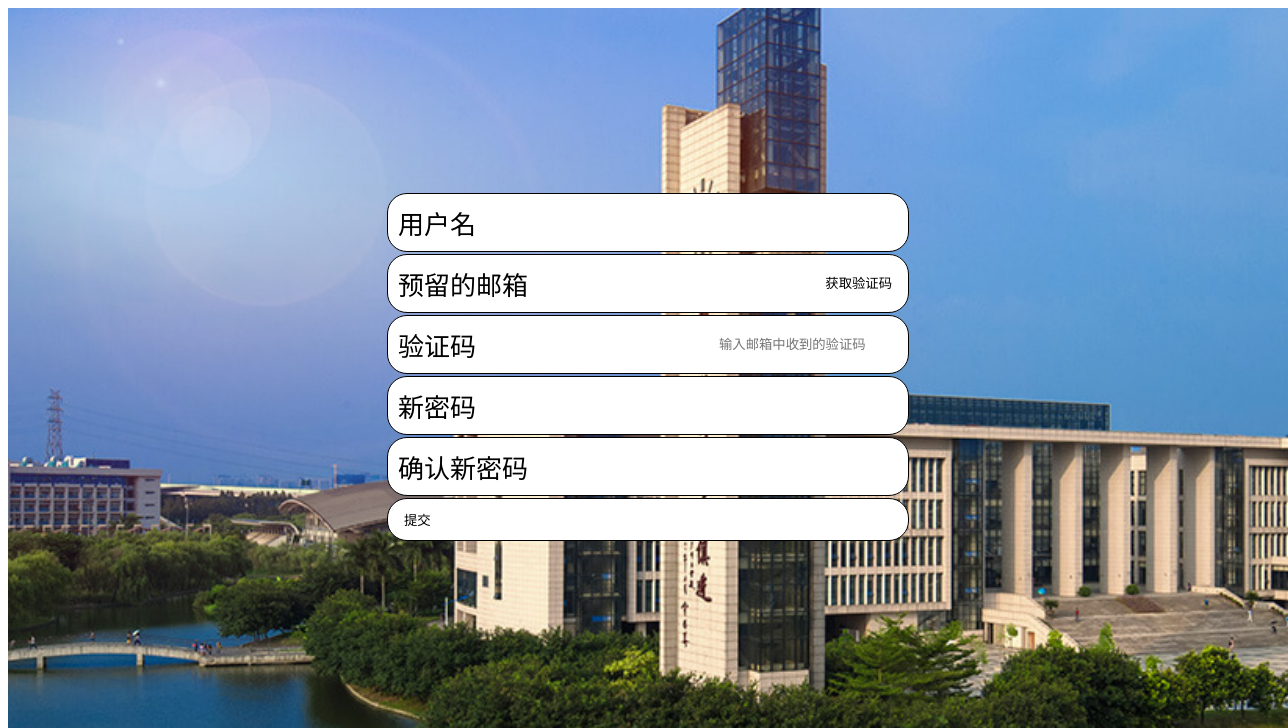
Repository: IAmJiangWenHao/ReportServer
Page: demo.html
The author's editor kept a copy of each file at every save. The page is drawn from the files as they stood at one save, then again after the next save.
The browser window is 1280 px wide. The page is 1288 px wide, so the pictures cover 1288 px, including what lies to the right of the window. The pictures show the whole page.

Above is the page before, as saved 2023-05-16 12:44:06.

After the next save:
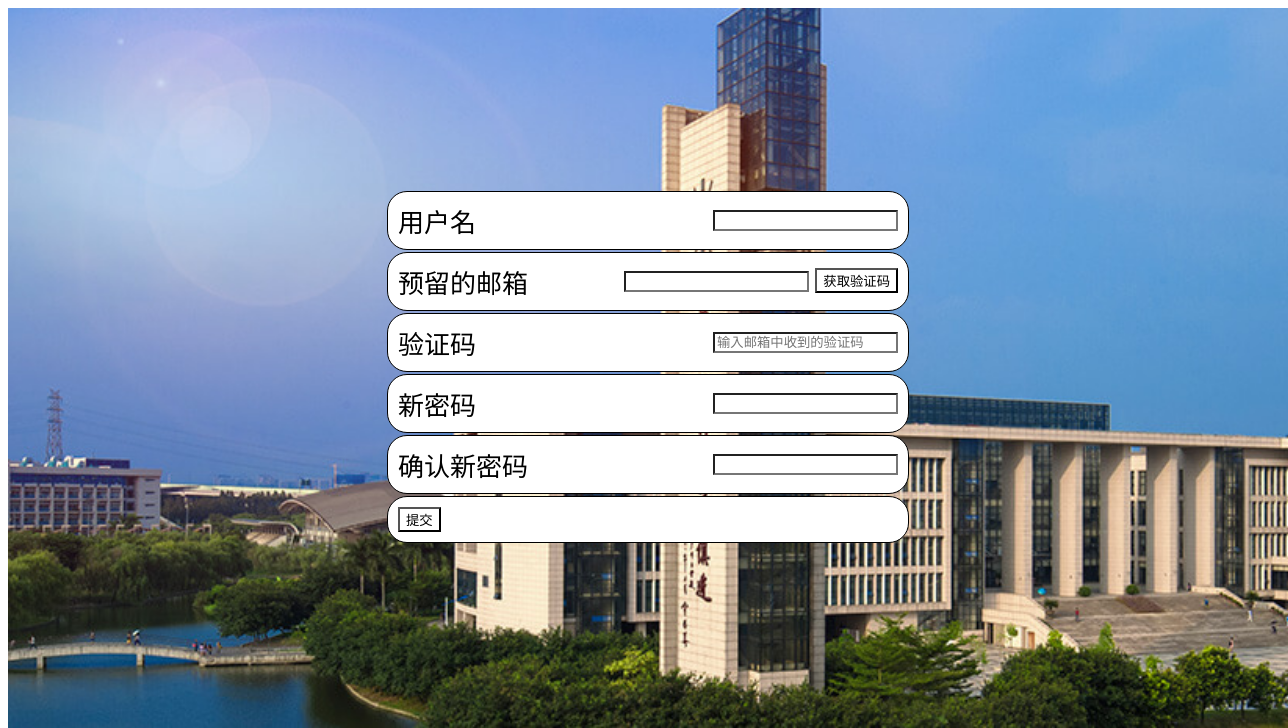
Saved 22 s later.
--- a/demo.html
+++ b/demo.html
@@ -43,7 +43,7 @@
       text-decoration:none;
     }
     form .hang input{
-      border: 0;
+      border: 1;
       background-color: #fff;
     }
     </style>
